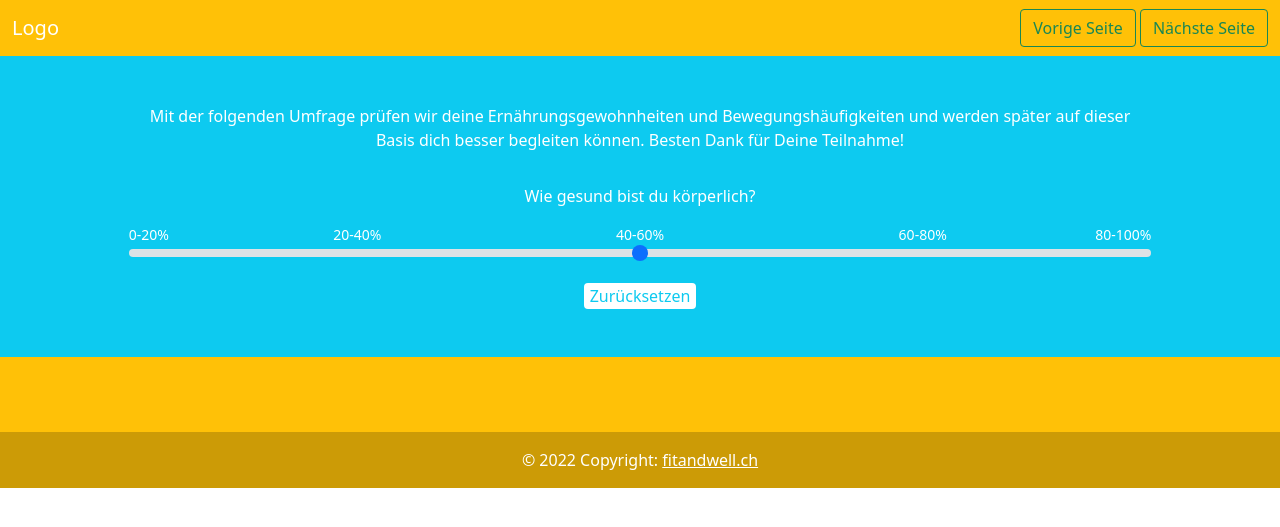
Repository: stephane71183101/Stephane-Personal-Health-Survey
Page: http://localhost/form-q01-start-page.php
The author's editor kept a copy of each file at every save. The page is drawn from the files as they stood at one save, then again after the next save.
The browser window is 1280 px wide. The pictures show the whole page.
The page is run by PHP 8.4 with error messages shown; the project is at /var/www/html/.

Above is the page before, as saved 2022-03-15 22:48:33.

After the next save:
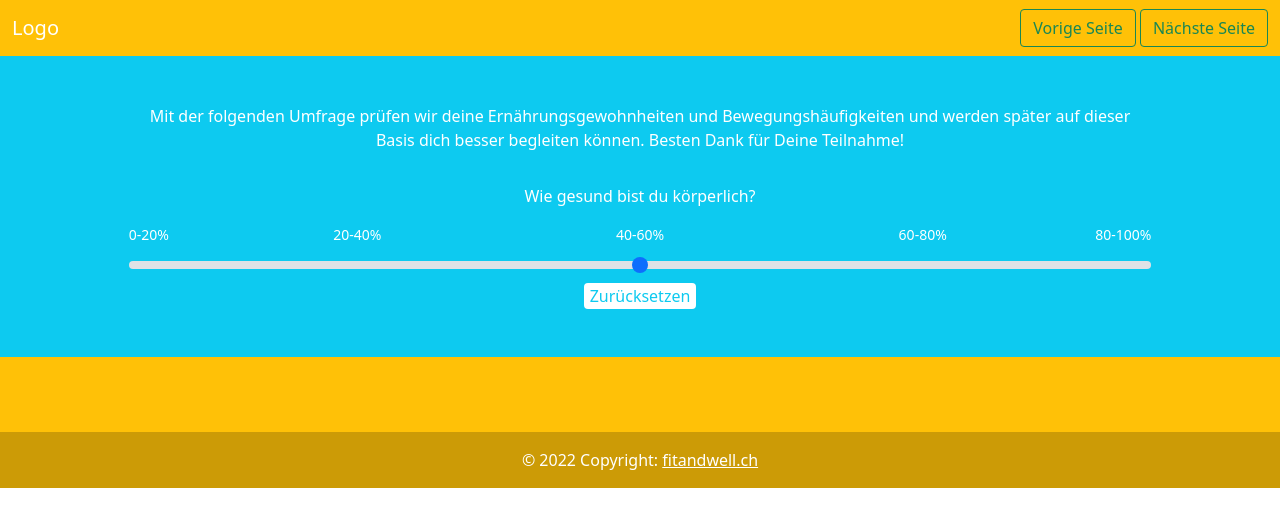
Saved 5 s later.
--- a/form-q01-start-page.php
+++ b/form-q01-start-page.php
@@ -43,7 +43,7 @@
         <div class="col text-end">80-100%</div>
         </div>
         </div>
-        <input type="range" class="form-range pb-4" min="0" max="4" step="1" id="my-range">
+        <input type="range" class="form-range pb2" min="0" max="4" step="1" id="my-range">
         <input type="reset" class="border-0 bg-white rounded text-info" value="Zurücksetzen">
         </form>
         </div>
